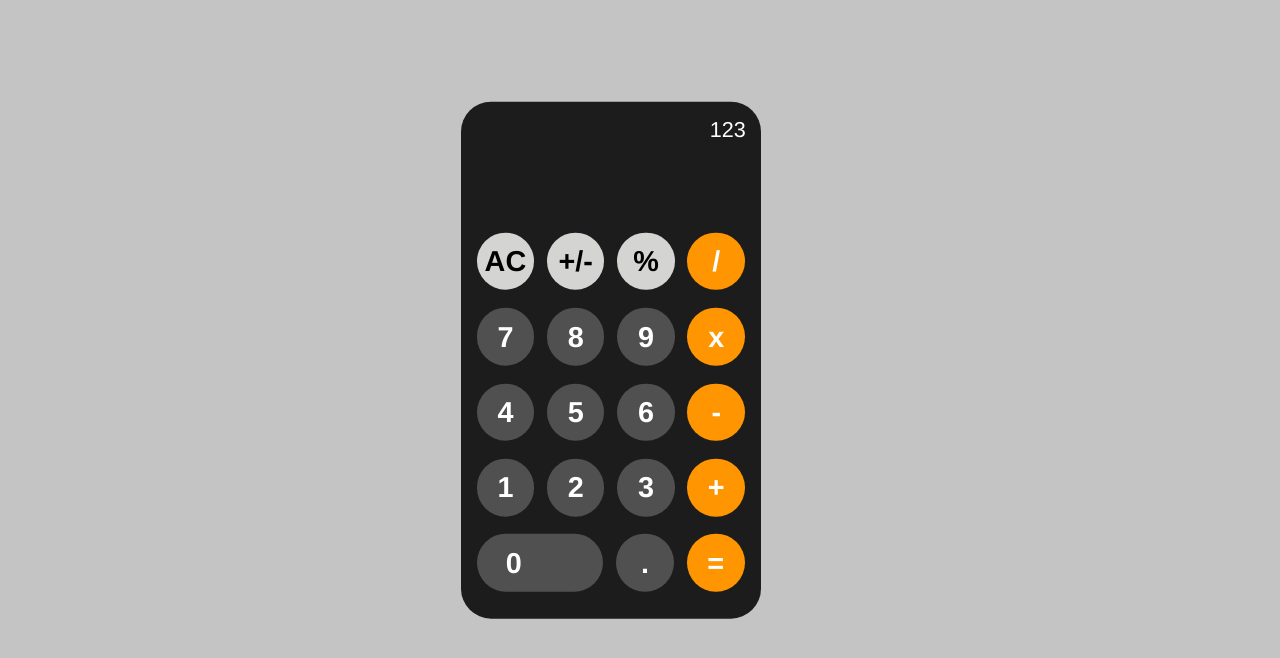
Repository: raulpenate/Calculadora-VUE3
Page: /
An editor plug-in stored every save of this project. The page is shown before and after the next save, followed by the edit.
The browser window is 1280 px wide. The pictures show the whole page.
The project was rebuilt for these pictures with package versions that can differ from the ones it lists, and the page was loaded fresh each time. Also part of the build but not shown: src/components/HelloWorld.vue.

Above is the page before, as saved 2022-03-11 14:26:10.

### src/App.vue
<template>
  <HelloWorld msg="Welcome to Your Vue.js App"/>
  <Calculator/>
</template>

<script>
import HelloWorld from './components/HelloWorld.vue'
import Calculator from './components/Calculator.vue'

export default {
  name: 'App',
  components: {
    Calculator
  }
}
</script>

<style>
#app {
  font-family: Avenir, Helvetica, Arial, sans-serif;
}
</style>

### src/components/Calculator.vue
<template>
  <div class="container">
    <div class="carcasa">
      <div class="pantalla">
        <div class="datosanteriores"><label class="">123</label></div>
        <input class="pantallainterna" type="number" name="numero" />
      </div>
      <div class="fila">
        <div class="boton gris">AC</div>
        <div class="boton gris">+/-</div>
        <div class="boton gris">%</div>
        <div class="boton orange">/</div>
      </div>
      <div class="fila">
        <div class="boton">7</div>
        <div class="boton">8</div>
        <div class="boton">9</div>
        <div class="boton orange">x</div>
      </div>
      <div class="fila">
        <div class="boton">4</div>
        <div class="boton">5</div>
        <div class="boton">6</div>
        <div class="boton orange">-</div>
      </div>
      <div class="fila">
        <div class="boton">1</div>
        <div class="boton">2</div>
        <div class="boton">3</div>
        <div class="boton orange">+</div>
      </div>
      <div class="fila final">
        <div class="boton grande">0</div>
        <div class="boton">.</div>
        <div class="boton orange">=</div>
      </div>
    </div>
  </div>
</template>

<script>
export default {};
</script>

<style>
* {
  padding: 0;
  margin: 0;
  box-sizing: border-box;
}

body {
  background: #c4c4c4;
  margin: auto 36%;
}

.container {
    position: absolute;
    top: 50%;
    transform: translate(0%, -50%)
}
/* CARCASA */

.carcasa {
  background: #1c1c1c;
  display: flex;
  flex-flow: wrap;
  justify-content: space-between;
  border-radius: 30px;
  max-width: 300px;
}

/* PANTALLA */

.pantalla {
  padding: 5%;
  display: flex;
  flex-wrap: wrap;
  align-content: stretch;
  width: 100%;
}

.pantallainterna {
  display: inline-block;
  position: relative;
  width: 100%;
  background: #1c1c1c;
  color: #ffffff;
  outline: none;
  border: none;
  text-align: right;
  font-size: 8vh;
}

input[type="number"]::-webkit-inner-spin-button,
input[type="number"]::-webkit-outer-spin-button {
  -webkit-appearance: none;
  margin: 0;
}

.datosanteriores {
  font-size: 3vh;
  width: 100%;
  color: #fff;
  text-align: right;
}

/* BOTONES */

.fila {
  width: 100%;
  font-weight: bold;
  display: flex;
  flex-flow: wrap row;
  justify-content: space-evenly;
  margin: 2%;
}

.boton {
  background: #505050;
  color: #ffffff;
  width: 20px;
  height: 20px;
  position: relative;
  font-size: 4vh;
  padding: 10%;
  display: flex;
  justify-content: center;
  align-items: center;
  border-radius: 50%;
  margin: 1%;
}

.orange {
  background: #ff9500;
}

.gris {
  background: #d4d4d2;
  color: #000;
}

.boton:hover {
  background: rgba(255, 255, 255, 0.4);
}

.orange:hover {
  background: rgba(247, 127, 72, 0.9);
}

.inicio {
  margin-top: 1%;
}

.final {
  margin-bottom: 8%;
}

.grande {
  flex-grow: 0.7;
  border-radius: 50px;
  display: flex;
  justify-content: start;
}
</style>

Loaded but not shown: public/index.html (common file); src/main.js (common file)

After the next save:
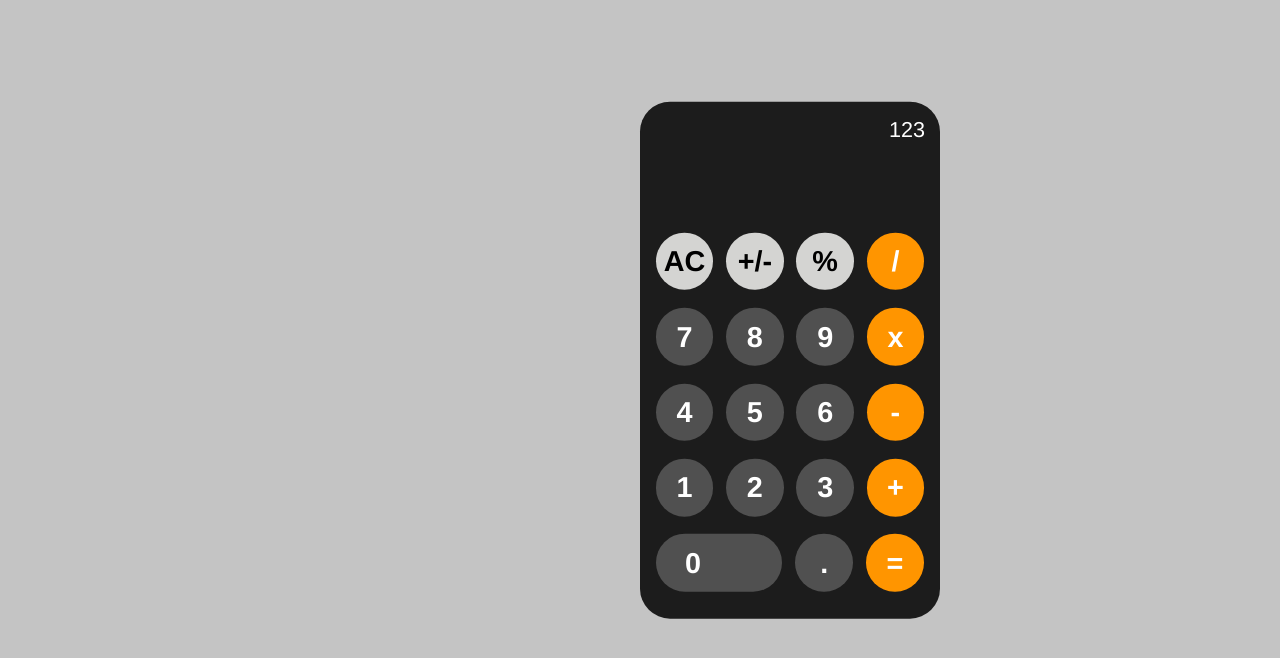
Saved 73 s later.
--- a/src/components/Calculator.vue
+++ b/src/components/Calculator.vue
@@ -57,6 +57,7 @@ body {
 .container {
     position: absolute;
     top: 50%;
+    left: 50%;
     transform: translate(0%, -50%)
 }
 /* CARCASA */
